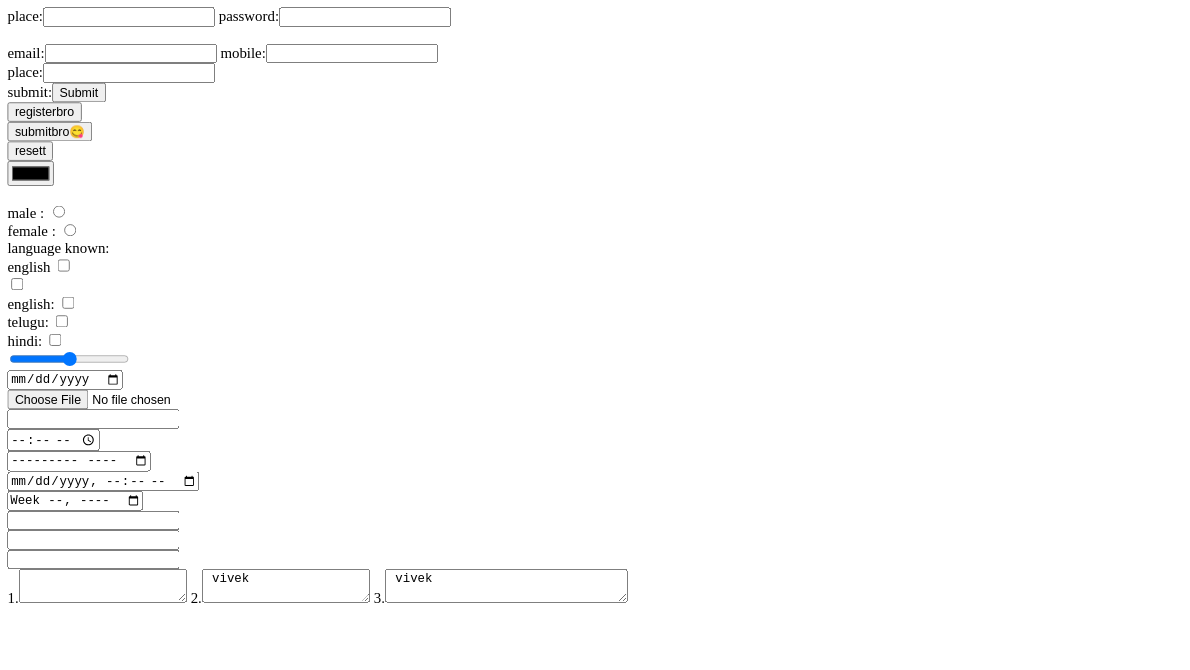
Repository: viveknaidu007/repo-113-HTML
Page: 9.html
An editor plug-in stored every save of this project. The page is shown before and after the next save, followed by the edit.
The browser window is 1280 px wide. The pictures show the whole page, at 93% of full size.

Above is the page before, as saved 2024-06-15 22:01:07.

After the next save:
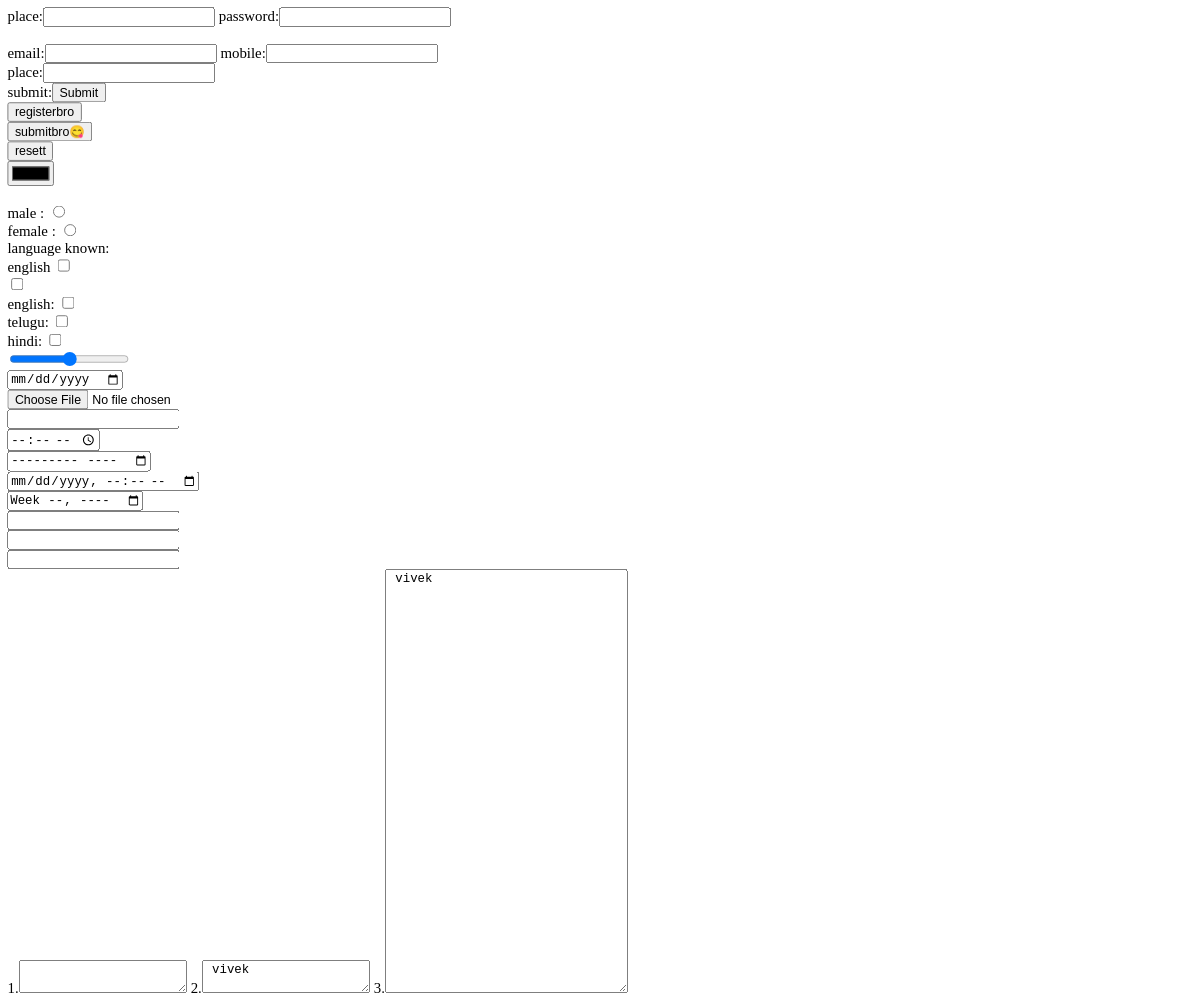
Saved 13 s later.
--- a/9.html
+++ b/9.html
@@ -41,7 +41,7 @@
 
             1.<textarea></textarea>
             2.<textarea> vivek </textarea>
-            3.<textarea cols="30"> vivek </textarea>
+            3.<textarea cols="30" rows="30"> vivek </textarea>
         </form>
     </body>
 </html>
